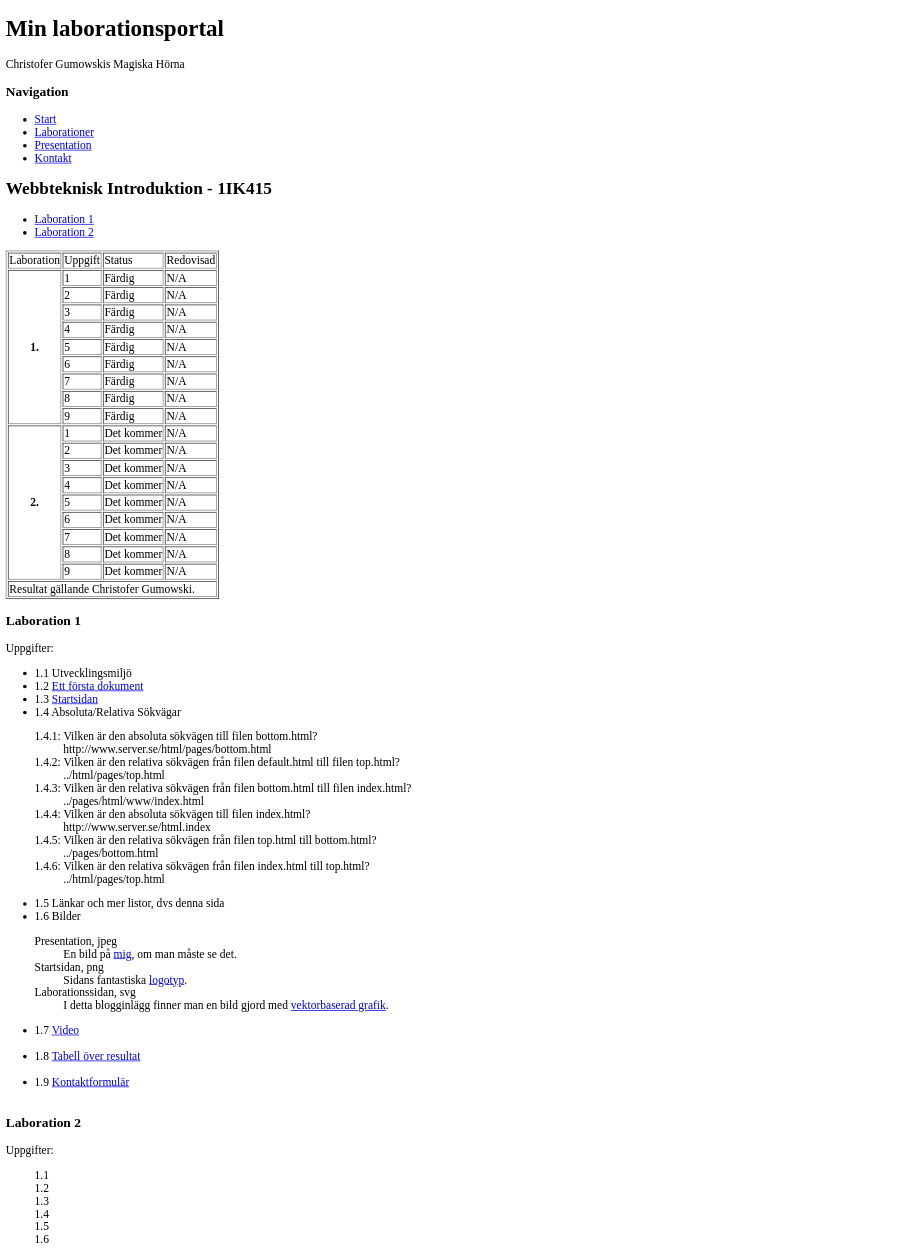
Repository: cg222im/1IK415_cg222im
Page: pages/laborationer.html
The author's editor kept a record of every edit. The page is drawn from the files as they stood at one moment, then again after the next edit.
The browser window is 1280 px wide. The pictures show the whole page, at 72% of full size.

Above is the page before.

### pages/laborationer.html
<!doctype html>
<html>
    <head>
        <meta charset="UTF-8" />
        <title>laborationer</title>
    </head>

    <body>

    <h1>Min laborationsportal</h1>

    <p>Christofer Gumowskis Magiska Hörna</p>

        <h3>Navigation</h3>
        <ul>
            <li><a href="../index.html">Start</a></li>
            <li><a href="laborationer.html">Laborationer</a></li>
            <li><a href="presentation.html">Presentation</a></li>
            <li><a href="kontakt.html">Kontakt</a></li>
        </ul>

    <h2>Webbteknisk Introduktion - 1IK415</h2>

        <ul>
            <li><a href="#Laboration1">Laboration 1</a></li>
            <li><a href="#Laboration2">Laboration 2</a></li>
        </ul>

    <!--Uppställd resultattabell-->
    <a id="resultat"></a>
    <table border="1">
        <thead>
          <tr>
            <td>Laboration</td>
            <td>Uppgift</td>
            <td>Status</td>
            <td>Redovisad</td>
          </tr>
        </thead>

        <tfoot>
            <tr>
              <td colspan="4">Resultat gällande Christofer Gumowski.</td>
            </tr>
        </tfoot>

        <!--Följande kod är något komprimerad för att spara plats-->
        <tbody>
          <tr>
            <th rowspan="9">1.</th>
            <td>1</td><td>Färdig</td><td>N/A</td>
          </tr>
            <tr><td>2</td><td>Färdig</td><td>N/A</td></tr>
            <tr><td>3</td><td>Färdig</td><td>N/A</td></tr>
            <tr><td>4</td><td>Färdig</td><td>N/A</td></tr>
            <tr><td>5</td><td>Färdig</td><td>N/A</td></tr>
            <tr><td>6</td><td>Färdig</td><td>N/A</td></tr>
            <tr><td>7</td><td>Färdig</td><td>N/A</td></tr>
            <tr><td>8</td><td>Färdig</td><td>N/A</td></tr>
            <tr><td>9</td><td>Färdig</td><td>N/A</td></tr>
        </tbody>

        <tbody>
          <tr>
               <th rowspan="9">2.</th>
            <td>1</td><td>Det kommer</td><td>N/A</td>
          </tr>
            <tr><td>2</td><td>Det kommer</td><td>N/A</td></tr>
            <tr><td>3</td><td>Det kommer</td><td>N/A</td></tr>
            <tr><td>4</td><td>Det kommer</td><td>N/A</td></tr>
            <tr><td>5</td><td>Det kommer</td><td>N/A</td></tr>
            <tr><td>6</td><td>Det kommer</td><td>N/A</td></tr>
            <tr><td>7</td><td>Det kommer</td><td>N/A</td></tr>
            <tr><td>8</td><td>Det kommer</td><td>N/A</td></tr>
            <tr><td>9</td><td>Det kommer</td><td>N/A</td></tr>
        </tbody>

    </table>

    <a id="Laboration1"></a>
    <h3>Laboration 1</h3>
    <p>Uppgifter:</p>
        <ul>
            <li>1.1 Utvecklingsmiljö<br>
            <li>1.2 <a href="README.md">Ett första dokument</a><br>
            <li>1.3 <a href="index.html">Startsidan</a><br>
            <li>1.4 Absoluta/Relativa Sökvägar
                <dl>
                    <dt>1.4.1: Vilken är den absoluta sökvägen till filen bottom.html?</dt>
                        <dd>http://www.server.se/html/pages/bottom.html</dd>
                    <dt>1.4.2: Vilken är den relativa sökvägen från filen default.html till filen top.html?</dt>
                        <dd>../html/pages/top.html</dd>
                    <dt>1.4.3: Vilken är den relativa sökvägen från filen bottom.html till filen index.html?</dt>
                        <dd>../pages/html/www/index.html</dd>
                    <dt>1.4.4: Vilken är den absoluta sökvägen till filen index.html?</dt>
                        <dd>http://www.server.se/html.index</dd>
                    <dt>1.4.5: Vilken är den relativa sökvägen från filen top.html till bottom.html?</dt>
                        <dd>../pages/bottom.html</dd>
                    <dt>1.4.6: Vilken är den relativa sökvägen från filen index.html till top.html?</dt>
                        <dd>../html/pages/top.html</dd>
                </dl>
            <li>1.5 Länkar och mer listor, dvs denna sida<br>
            <li>1.6 Bilder
                <dl>
                    <dt>Presentation, jpeg</dt>
                        <dd>En bild på <a href="presentation.html#portrait">mig</a>, om man måste se det.</dd>
                    <dt>Startsidan, png</dt>
                        <dd>Sidans fantastiska <a href="../pics/logo.png">logotyp</a>.</dd>
                    <dt>Laborationssidan, svg</dt>
                        <dd>I detta blogginlägg finner man en bild gjord med <a href="../index.html#svgBlogg">vektorbaserad grafik</a>.</dd>
                </dl></li>
            <li>1.7 <a href="../index.html#trailer">Video</a></li><br>
            <li>1.8 <a href="#resultat">Tabell över resultat</a></li><br>
            <li>1.9 <a href="kontakt.html">Kontaktformulär</a></li><br>

        </ul>

    <a id="Laboration2"></a>
    <h3>Laboration 2</h3>
    <p>Uppgifter:</p>
        <ol>
            1.1<br>
            1.2<br>
            1.3<br>
            1.4<br>
            1.5<br>
            1.6<br>
        </ol>



    </body>

</html>

After the next edit:
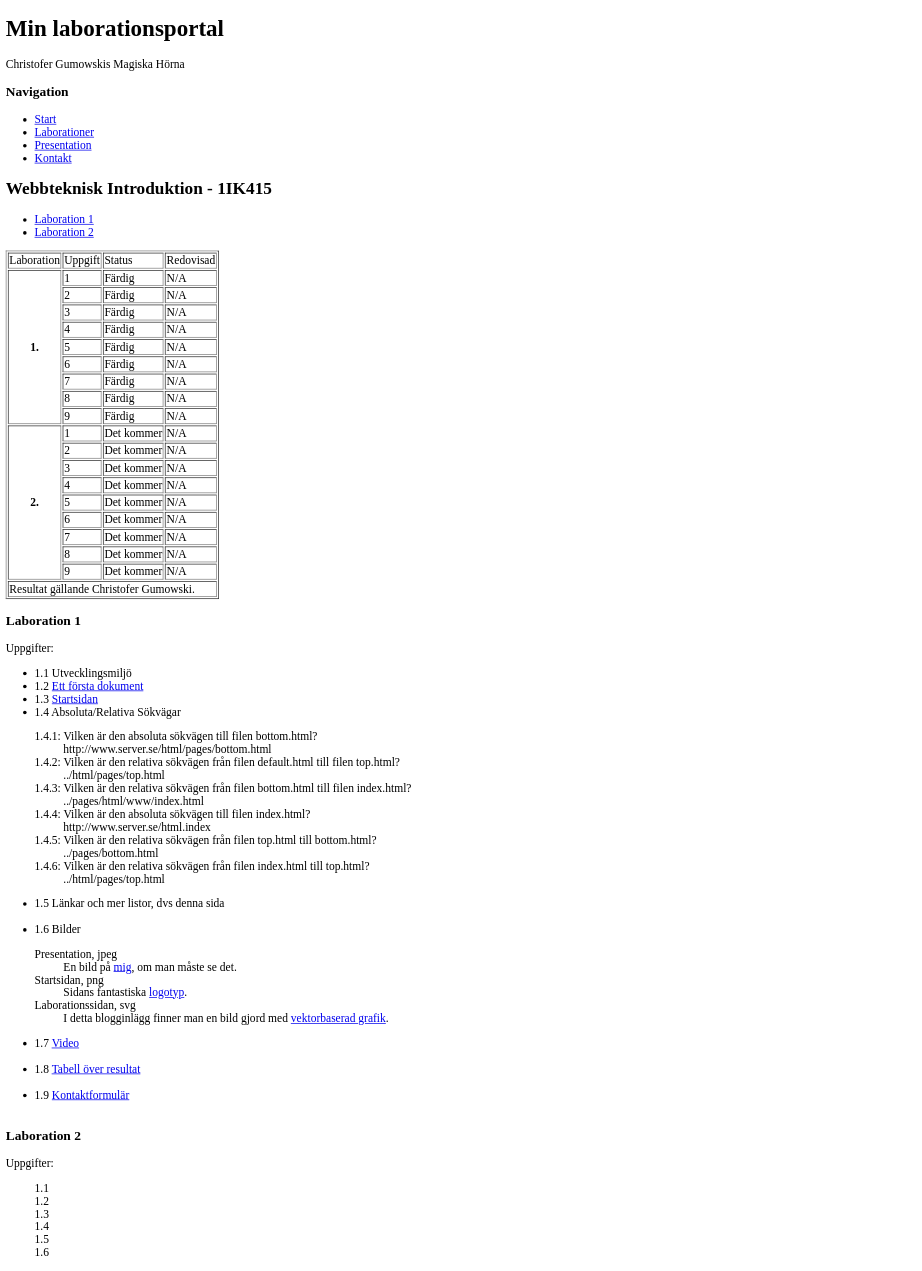
The edit:
--- a/pages/laborationer.html
+++ b/pages/laborationer.html
@@ -98,8 +98,8 @@
                         <dd>../pages/bottom.html</dd>
                     <dt>1.4.6: Vilken är den relativa sökvägen från filen index.html till top.html?</dt>
                         <dd>../html/pages/top.html</dd>
-                </dl>
-            <li>1.5 Länkar och mer listor, dvs denna sida<br>
+                </dl></li>
+            <li>1.5 Länkar och mer listor, dvs denna sida</li><br>
             <li>1.6 Bilder
                 <dl>
                     <dt>Presentation, jpeg</dt>
